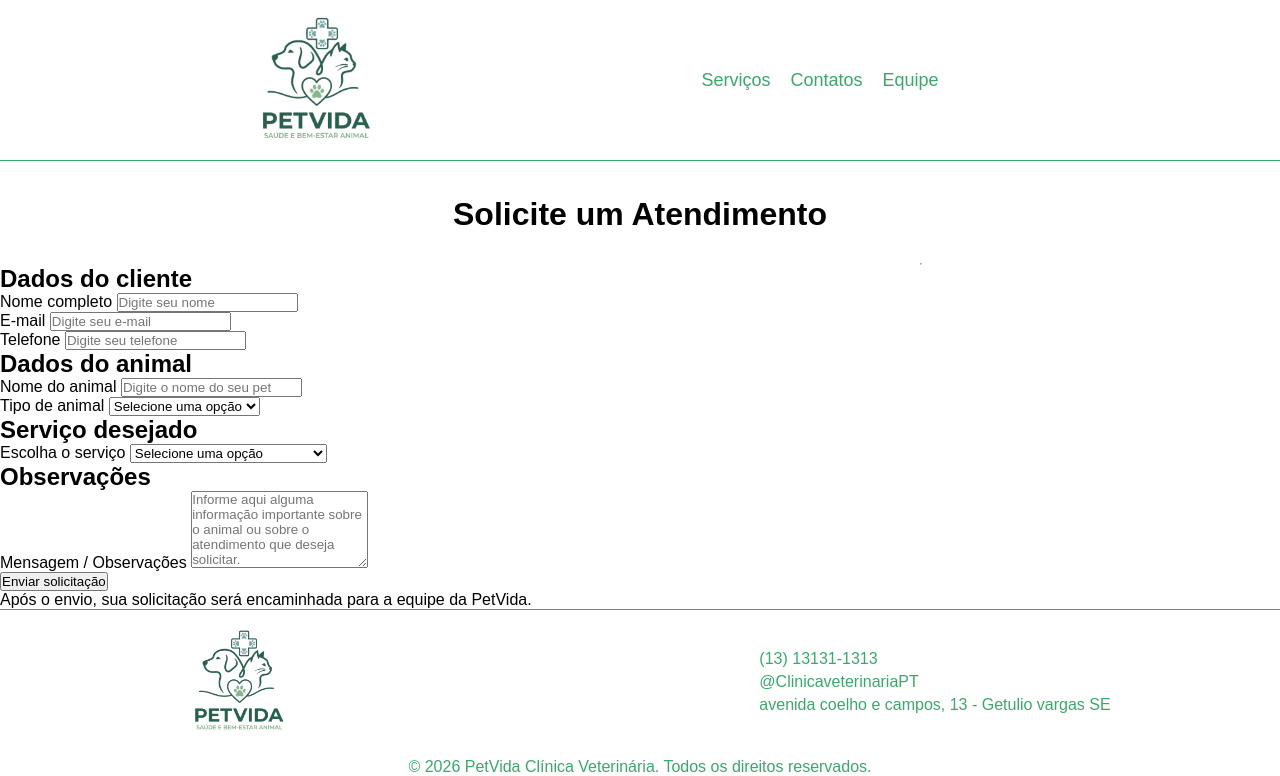
Repository: antonymsantana-design/Veterinario
Page: contatos.html
These files come from the project's save history. The page is drawn as it stood at one moment and after the next save; the edit follows.
The browser window is 1280 px wide. The pictures show the whole page.

Above is the page before, as saved 2026-10-03 18:51:38.

### contatos.html
<!doctype html>
<html lang="pt-br">
  <head>
    <meta charset="UTF-8" />
    <meta name="viewport" content="width=device-width, initial-scale=1.0" />
    <title>Cebola Hair</title>
    <link rel="stylesheet" href="style.css" />
    <script src="script3.js" defer></script>
  </head>
  <header>
    <div class="conteudoH" id="conteudoH">
      <div class="imagem" id="imagem">
        <img src="image/logo.png" alt="logo" class="logoIMG" id="logoIMG" />
      </div>
      <div class="direitaH">
        <div class="links" id="links">
          <a href="serviços.html" class="aLinks" id="servA">Serviços</a>
          <a href="CONTATOS.HTML" class="aLinks" id="contatosA">Contatos</a>
          <a href="Team.html" class="aLinks" id="contatosA">Equipe</a>
        </div>
      </div>
    </div>
  </header>

  <body>
    <h1 class="Our" id="servicosT">Solicite um Atendimento</h1>
    <hr />


    <form
      action="https://formsubmit.co/antony.m.santana@aluno.senai.br"
      method="POST"
    >
      <input type="hidden" name="_subject" value="Nova solicitação - PetVida" />
      <input type="hidden" name="_template" value="table" />



      <h2>Dados do cliente</h2>

      <div class="campo">
        <label for="nome">Nome completo</label>
        <input
          type="text"
          name="nome"
          id="nome"
          placeholder="Digite seu nome"
          required
        />
      </div>

      <div class="campo">
        <label for="email">E-mail</label>
        <input
          type="email"
          name="email"
          id="email"
          placeholder="Digite seu e-mail"
          required
        />
      </div>

      <div class="campo">
        <label for="telefone">Telefone</label>
        <input
          type="tel"
          name="telefone"
          id="telefone"
          placeholder="Digite seu telefone"
          required
        />
      </div>



      <h2>Dados do animal</h2>

      <div class="campo">
        <label for="animal">Nome do animal</label>
        <input
          type="text"
          name="animal"
          id="animal"
          placeholder="Digite o nome do seu pet"
          required
        />
      </div>

      <div class="campo">
        <label for="tipo">Tipo de animal</label>

        <select name="tipo_animal" id="tipo" required>
          <option value="">Selecione uma opção</option>
          <option value="Cachorro">Cachorro</option>
          <option value="Gato">Gato</option>
          <option value="Outro">Outro</option>
        </select>
      </div>



      <h2>Serviço desejado</h2>

      <div class="campo">
        <label for="servico">Escolha o serviço</label>

        <select name="servico" id="servico" required>
          <option value="">Selecione uma opção</option>
          <option value="Consulta veterinária">Consulta veterinária</option>
          <option value="Vacinação">Vacinação</option>
          <option value="Banho e tosa">Banho e tosa</option>
          <option value="Exames laboratoriais">Exames laboratoriais</option>
          <option value="Atendimento de emergência">
            Atendimento de emergência
          </option>
          <option value="Acompanhamento veterinário">
            Acompanhamento veterinário
          </option>
        </select>
      </div>



      <h2>Observações</h2>

      <div class="campo">
        <label for="mensagem">Mensagem / Observações</label>

        <textarea
          name="mensagem"
          id="mensagem"
          rows="5"
          placeholder="Informe aqui alguma informação importante sobre o animal ou sobre o atendimento que deseja solicitar."
        ></textarea>
      </div>



      <input
        type="hidden"
        name="_next"
        value="http://127.0.0.1:5500/sucsses.html"
      />



      <button type="submit" class="buto">Enviar solicitação</button>

      <p class="texto-form">
        Após o envio, sua solicitação será encaminhada para a equipe da PetVida.
      </p>
    </form>

  </body>
  <footer id="footer">
    <div class="cimaF">
      <div class="direita">
        <img src="image/logo.png" alt="logo" class="logoIMGF" id="logoIMG" />
      </div>

      <div class="esquerda">
        <p>(13) 13131-1313</p>
        <p>@ClinicaveterinariaPT</p>
        <p>avenida coelho e campos, 13 - Getulio vargas SE</p>
      </div>
    </div>
    <div class="baixoF">
      <p>© 2026 PetVida Clínica Veterinária. Todos os direitos reservados.</p>
    </div>
  </footer>
</html>

### style.css
* {
    padding: 0px;
    margin: 0px;
    font-family: Arial, Helvetica, sans-serif;
}

header {
    background-color: #FFFFFF;
    height: 160px;
    display: flex;
    justify-content: center;
    align-items: center;
    border-bottom: 1px solid #39A96B;
}

.conteudoH {
    display: flex;
    justify-content: center;
    align-items: center;
    gap: 300px;
}

.imagem {
    margin-left: 20px;
    margin-top: 5px;
    display: flex;
    justify-content: center;
    align-items: center;
    gap: 30px;
    font-weight: 600;
    font-size: 22px;
}

.logoIMG {
    width: 170px;
    margin-bottom: 10px;
    cursor: pointer;
}

.logoH {
    color: white;

}

.links {
    display: flex;
    gap: 20px;
    justify-content: center;
    padding-right: 130px;
    font-size: 18px;
}

.links a {
    text-decoration: none;
    color: #39A96B;
    transition: 0.5s ease;
}

.aLinks:hover {
    transform: translateY(-5px);
    box-shadow: 0 4px 10px rgba(0, 0, 0, 0.15);
    background-color: #39A96B;
    color: #F5F5F5;
    border-radius: 5px;
    width: 120px;
    height: 30px;
    display: flex;
    justify-content: center;
    align-items: center;
}

.btnDiv {
    display: flex;
}

.btn {
    display: flex;
    justify-content: center;
    width: 140px;
    height: 50px;
    background-color: #22C55E;
    border: none;
    color: white;
    align-items: center;
    border-radius: 8px;
    transition: 0.3s ease;
    cursor: pointer;
    font-size: 14px;
}

.btn:hover {
    transform: translateY(-5px);
    box-shadow: 0 8px 15px rgba(0, 0, 0, 0.4);
}

.direitaH {
    display: flex;
    justify-content: center;
    align-items: center;
}

.conteudo {
    background-image: url(image/Cuidando\ de\ Quem\ Amamos.png);
    background-repeat: no-repeat;
    background-size: cover;
    background-position: center;
    height: 80vh;
    color: white;
}

.card {
    background-color: #FDEEC7;
    width: 270px;
    height: 220px;
    display: flex;
    flex-direction: column;
    justify-content: center;
    align-items: center;
    border-radius: 5px;
}

.cards {
    display: flex;
    justify-content: center;
    gap: 40px;
    padding-top: 20px;
    padding-bottom: 20px;
}

.card h4 {
    color: #22C55E;
}

.icone {
    width: 120px;
    height: 120px;
    padding-bottom: 10px;
}

.Our {
    padding-top: 15px;
    text-align: center;
    padding-bottom: 10px;
}

hr {
    color: #22C55E;
    text-align: center;
    margin-left: 920px;
    margin-right: 920px;
}

.agendar {
    display: flex;
    justify-content: space-around;
    align-items: center;
    padding-bottom: 20px;
}

.form {
    background-color: #ECF2F7;
    width: 600px;
    height: 300px;
    border-radius: 7px;
    display: flex;
    justify-content: center;
    flex-direction: column;
}

.formCima {
    padding-top: 20px;
    display: flex;
    justify-content: center;
    align-items: center;
    flex-direction: column;
}

.quadrado {
    display: grid;
    justify-content: center;
    grid-template-columns: repeat(2, 200px);
    gap: 30px;
    column-gap: 70px;
    margin-right: 40px;
}

.esq {
    font-size: 25px;
}

footer {
    display: flex;
    justify-content: center;
    align-items: center;
    flex-direction: column;
    background-color: #FFFFFF;
    color: #39A96B;
    border-top: 1px solid #39A96B;
}

.AbH2 {
    padding-left: 20px;
    padding-right: 20px;
    padding-bottom: 10px;
    padding-top: 10px;
    text-align: center;
}

.AbH3 {
    padding-left: 20px;
    padding-right: 20px;
    padding-bottom: 10px;
    padding-top: 10px;
    text-align: center;
    margin-left: 425px;
    margin-right: 425px;
}

.topc {
    display: flex;
    justify-content: center;
    align-items: center;
    flex-direction: column;
    text-align: center;
    max-width: 350px;
}

.topics {
    display: flex;
    justify-content: center;
    gap: 100px;
    padding-bottom: 25px;
}

.topcIMG {
    width: 290px;
    height: 260px;
    border-radius: 25px;
    cursor: pointer;
    padding-bottom: 10px;
    padding-top: 10px;
}

.topcH {
    padding-bottom: 10px;
}

.cimaF {
    display: flex;
    justify-content: center;
    gap: 450px;
    align-items: center;
    margin-bottom: 4px;
}

.logoIMGF {
    width: 140px;
    cursor: pointer;
}

.esquerda {
    display: flex;
    flex-direction: column;
    gap: 5px;
}

.formu {
    width: 240px;
    height: 30px;
    border-radius: 5px;
    border: none;
}

.forms {
    width: 500px;
    height: 30px;
    border-radius: 5px;
    border: none;
}

.agendarbtn {
    display: flex;
    justify-content: center;
    align-items: center;
    width: 512px;
    height: 40px;
    background-color: #22C55E;
    border: none;
    color: white;
    border-radius: 8px;
    transition: 0.3s ease;
    cursor: pointer;
    margin-top: 15px;
}

.agendarbtn:hover {
    transform: translateY(-5px);
}

.btnAgendar {
    display: flex;
    justify-content: center;
    align-items: center;
}

/*pagina de serviços*/

.primeiro{
    background-color: #F0F9F4;
    width: 300px;
    padding-bottom: 13px;
    margin-left: 20px;
    text-align: center;
    padding-top: 13px;
    flex-wrap: wrap;
    border-radius: 15px;
}

.cards{
    display: grid;
    justify-content: center;
    grid-template-columns: repeat(3, 400px);
    gap: 50px;
    padding-bottom: 15px;

}
.cards .primeiro img{
    width: 250px;
    height: 250px;
    border-radius: 15px;
}
h1{
    text-align: center;
    margin-top: 20px;
    margin-bottom: 20px;
}
.texto{

    color: #3C2415;
}
.preco{
    color: #e4c8a4;
}


/* celular */

@media (max-width: 768px) {

    /* header */
    header {
        height: auto;
        padding: 10px 0;
    }

    .conteudoH {
        flex-direction: column;
        padding-right: 0;
        gap: 15px;
    }

    .imagem {
        margin-left: 0;
        margin-top: 0;
        gap: 10px;
    }

    .logoIMG {
        width: 80px;
        height: 80px;
    }

    .logoH {
        font-size: 20px;
    }

    .direitaH {
        flex-direction: column;
        gap: 15px;
    }

    .links {
        padding-right: 0;
        font-size: 16px;
    }


    .conteudo {
        height: 400px;
    }

    .texto {
        padding-left: 25px;
        padding-right: 25px;
        height: 400px;
        font-size: 25px;
    }

    .texto small {
        font-size: 14px;
    }


    .Our {
        font-size: 25px;
    }

    hr {
        margin-left: 30%;
        margin-right: 30%;
    }

    .cards {
        flex-direction: column;
        align-items: center;
        gap: 20px;
    }

    .card {
        width: 80%;
        max-width: 270px;
    }


    .agendar {
        flex-direction: column;
        gap: 30px;
        padding: 30px 20px;
    }

    .esq {
        font-size: 18px;
        text-align: center;
    }

    .esq h1 {
        font-size: 28px;
    }

    .esq p {
        font-size: 15px;
    }

    .form {
        width: 100%;
        max-width: 600px;
        height: auto;
        padding: 20px 0;
    }

    .forms {
        width: 80%;
    }

    .quadrado {
        grid-template-columns: 1fr;
        gap: 15px;
        margin-right: 0;
    }

    .formu {
        width: 80%;
    }

    .quadrado>div {
        width: 100%;
        text-align: center;
    }

    .quadrado label {
        display: block;
        margin-bottom: 5px;
    }

    .agendarbtn {
        width: 80%;
    }


    footer {
        flex-direction: column;
        gap: 20px;
        padding: 20px;
        text-align: center;
    }

    .esquerda {
        align-items: center;
    }
}

Loaded but not shown: script3.js (no stored copy; drawn as an empty file)

After the next save:
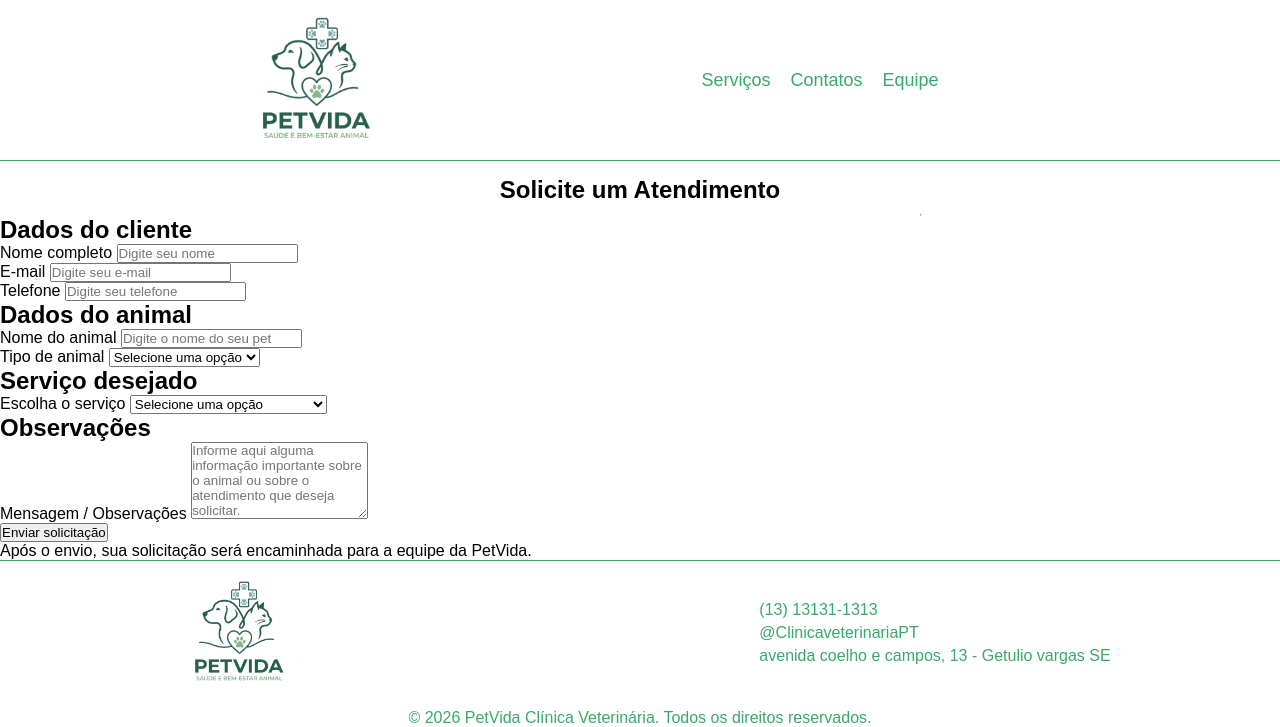
Saved 12 s later.
--- a/contatos.html
+++ b/contatos.html
@@ -23,7 +23,7 @@
   </header>
 
   <body>
-    <h1 class="Our" id="servicosT">Solicite um Atendimento</h1>
+    <h2 class="Our" id="servicosT">Solicite um Atendimento</h1>
     <hr />
 
 
